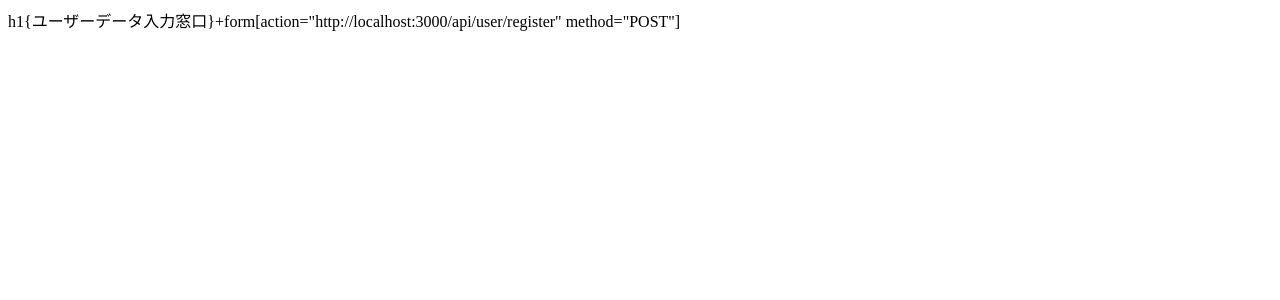
Repository: isopets/next-market
Page: form2.html
The author's editor kept a copy of each file at every save. The page is drawn from the files as they stood at one save, then again after a run of saves.
The browser window is 1280 px wide. The pictures show the whole page.

Above is the page before, as saved 2022-06-08 00:47:29.

### form2.html
<!DOCTYPE html>
<html lang="en">

<head>
    <meta charset="UTF-8">
    <meta http-equiv="X-UA-Compatible" content="IE=edge">
    <meta name="viewport" content="width=device-width, initial-scale=1.0">
    <title>Document</title>
</head>

<body>
    h1{ユーザーデータ入力窓口}+form[action="http://localhost:3000/api/user/register" method="POST"]
</body>

</html>

After the next 2 saves:
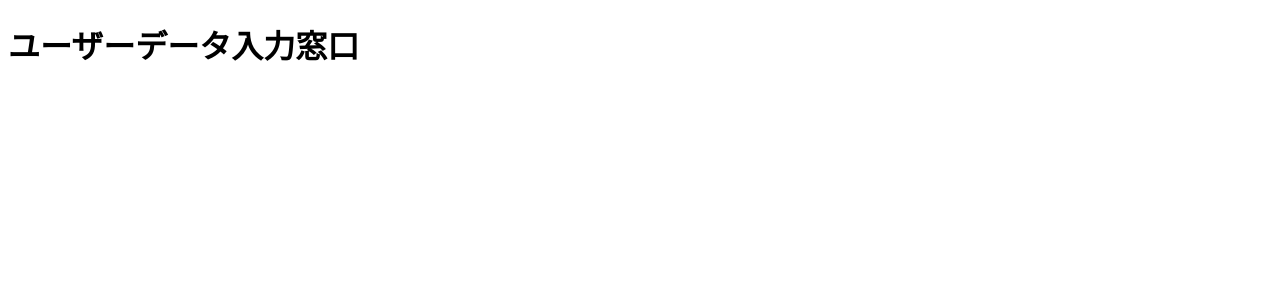
The 2 saves are shown as one change because they came seconds apart.
The last was saved 9 s later.
--- a/form2.html
+++ b/form2.html
@@ -9,7 +9,10 @@
 </head>
 
 <body>
-    h1{ユーザーデータ入力窓口}+form[action="http://localhost:3000/api/user/register" method="POST"]
+    <h1>ユーザーデータ入力窓口</h1>
+    <form action="http://localhost:3000/api/user/register" method="POST">
+
+    </form>
 </body>
 
 </html>
